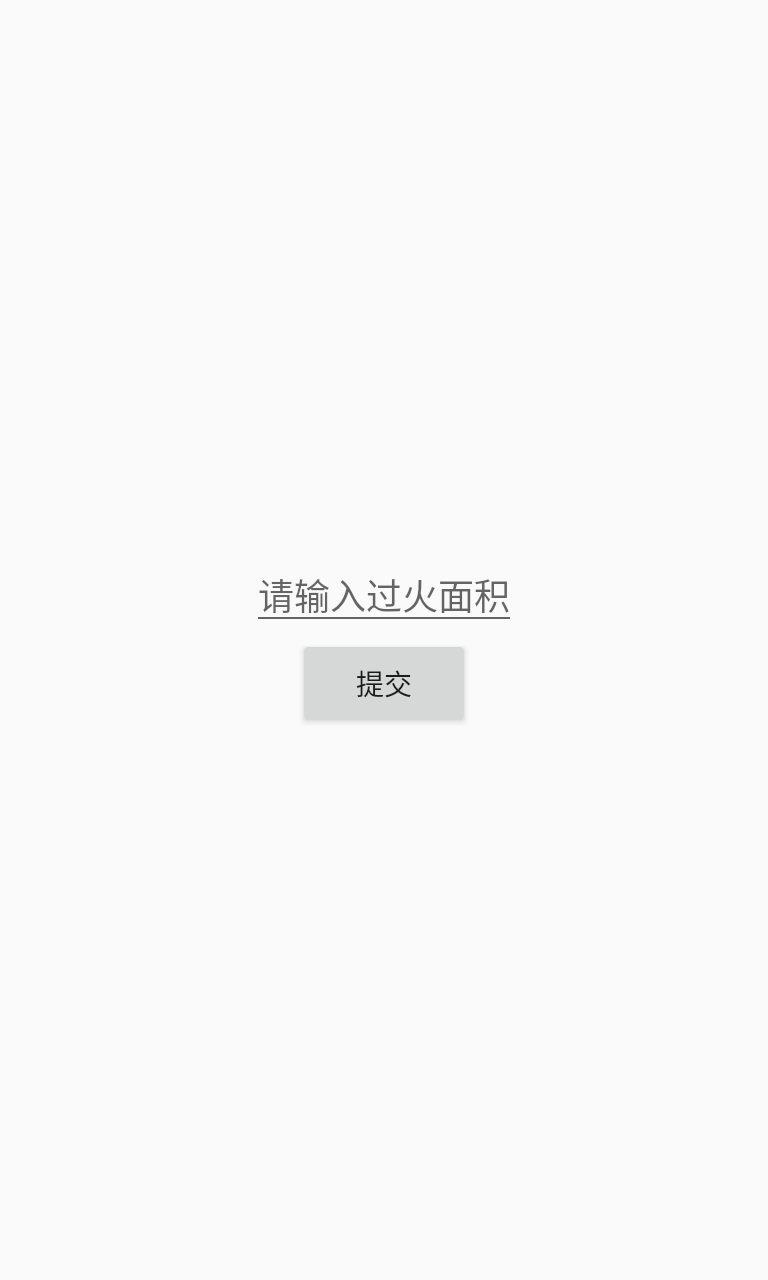
Repository: hohoTT/fireWork_handle_app
Layout: fireWork_handle_app/res/layout/normal_fire_water.xml
The author's editor kept a copy of each file at every save. The layout is drawn from the files as they stood at one save, then again after the next save.
It is drawn on a 768 x 1280 px phone screen (xhdpi) without system bars, with theme AppTheme; the app's code is not run.

Above is the layout before, as saved 2016-03-02 04:46:50.

### fireWork_handle_app/res/layout/normal_fire_water.xml
<?xml version="1.0" encoding="utf-8"?>
<LinearLayout xmlns:android="http://schemas.android.com/apk/res/android"
    android:layout_width="match_parent"
    android:layout_height="match_parent"
    android:gravity="center_vertical"
    android:orientation="vertical" >

    <EditText
        android:id="@+id/fire_area"
        android:layout_width="wrap_content"
        android:layout_height="wrap_content"
        android:layout_gravity="center_horizontal"
        android:hint="@string/fire_area" />

    <Button
        android:id="@+id/btu_normal_fire_send"
        android:layout_width="wrap_content"
        android:layout_gravity="center"
        android:layout_height="wrap_content"

        android:text="@string/btn_send" />

</LinearLayout>

### fireWork_handle_app/res/values/strings.xml
<?xml version="1.0" encoding="utf-8"?>
<resources>

    <string name="app_name">fireWork_handle_app</string>
    <string name="hello_world">Hello world!</string>
    <string name="action_settings">Settings</string>


    <string name="btu_fire_calculate">现场计算</string>
    <string name="btu_fire_plan">火灾预案</string>
    <string name="btu_fire_agent">火灾剂用量计算</string>
    <string name="btu_water_power">供水压力计算</string>
    <string name="btu_normal_fire">一般火灾计算</string>
    <string name="btu_oilcan_fire">油罐火灾计算</string>
    <string name="fire_area">请输入过火面积</string>


    <string name="btn_send">提交</string>


</resources>

Loaded but not shown: fireWork_handle_app/res/values/styles.xml (common file); fireWork_handle_app/res/values-v11/styles.xml (common file); fireWork_handle_app/res/values-v14/styles.xml (common file)

After the next save:
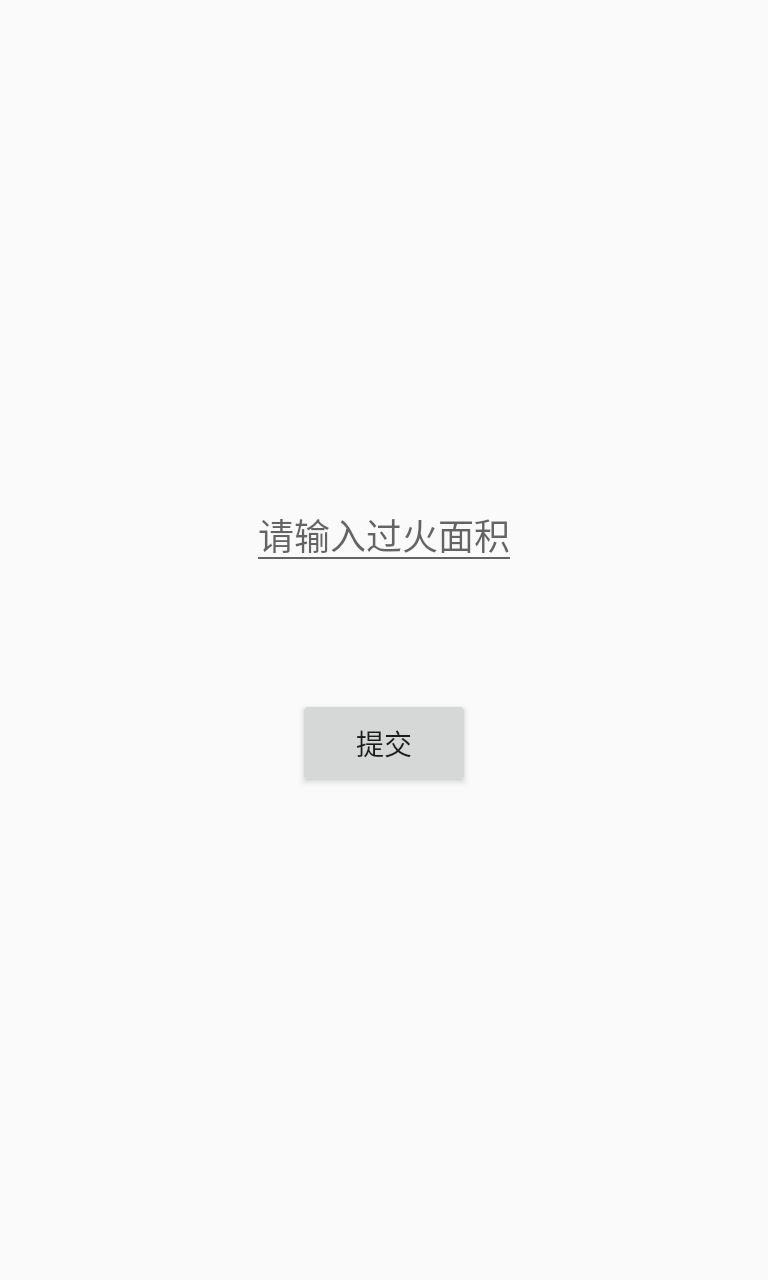
Saved 14 s later.
--- a/fireWork_handle_app/res/layout/normal_fire_water.xml
+++ b/fireWork_handle_app/res/layout/normal_fire_water.xml
@@ -10,12 +10,14 @@
         android:layout_width="wrap_content"
         android:layout_height="wrap_content"
         android:layout_gravity="center_horizontal"
+	    android:layout_margin="30dp"
         android:hint="@string/fire_area" />
 
     <Button
         android:id="@+id/btu_normal_fire_send"
         android:layout_width="wrap_content"
         android:layout_gravity="center"
+	    android:layout_margin="30dp"
         android:layout_height="wrap_content"
 
         android:text="@string/btn_send" />
